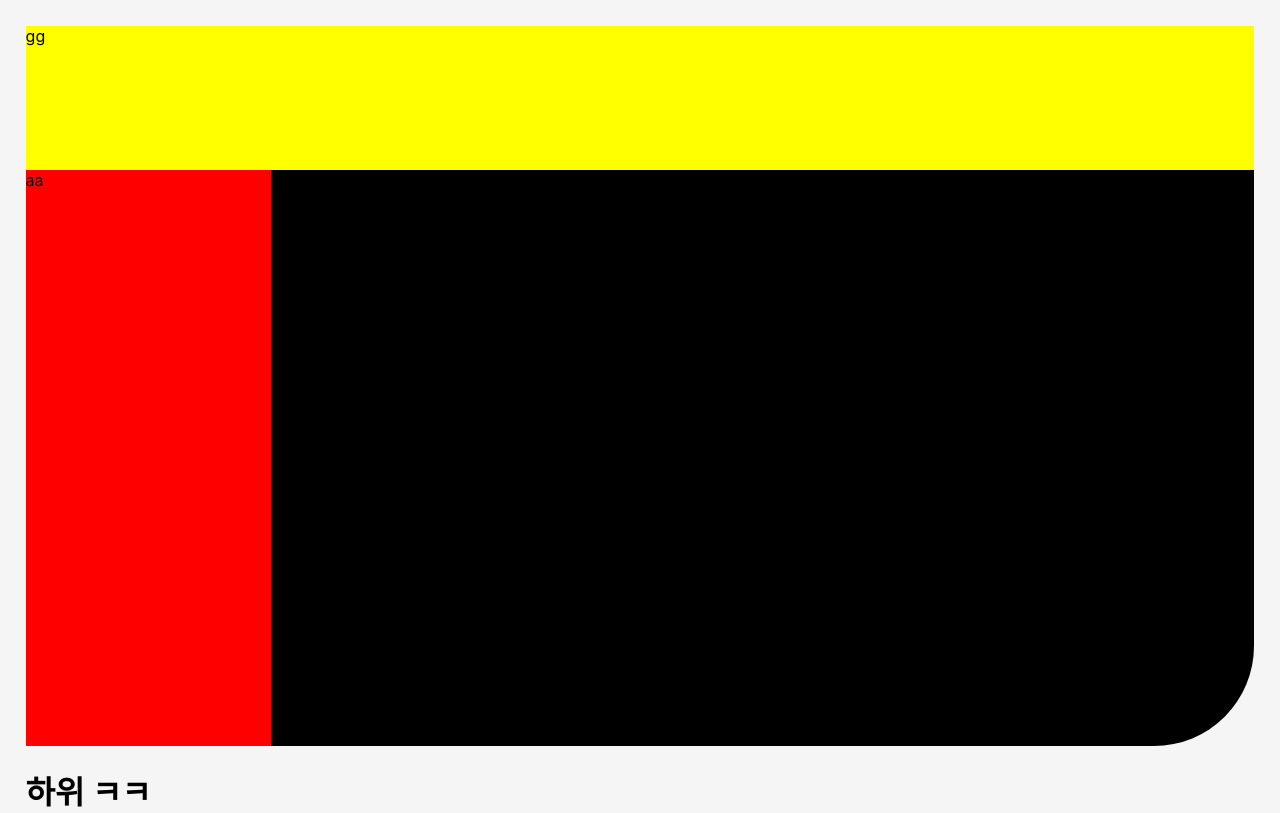
Repository: yangddoddi/community_react
Page: /
The author's editor kept a copy of each file at every save. The page is drawn from the files as they stood at one save, then again after the next save.
The browser window is 1280 px wide. The pictures show the whole page.
The page's requests for data from a server got no answer. The project was rebuilt for these pictures with package versions that can differ from the ones it lists, and the page was loaded fresh each time. No one was signed in, and anything a server would have sent is missing.

Above is the page before, as saved 2022-08-16 23:48:04.

### src/App.js
import React, { useState, useEffect } from "react";
import { BrowserRouter, Routes, Route } from "react-router-dom";
import { Posts } from "./pages/Posts";
import { Sidebar } from "./components/Sidebar";
import { Header } from "./components/Header";
import "./App.scss";

function App() {
  return (
    <BrowserRouter>
      <div className="container">
        <Header />
        <Sidebar />
        <Routes>
          <Route path="/" element={<Posts />} />
        </Routes>
      </div>
    </BrowserRouter>
  );
}

export default App;

### src/pages/Posts.js
import React, { useEffect, useState } from "react";
import { testAxios } from "../config/testAxios";
import axios from "axios";

export const Posts = () => {
  const [test, setTest] = useState("");
  const apiTest = (d) => {
    setTest(d);
  };

  useEffect(() => {
    testAxios("test", apiTest);
  });

  return (
    <div>
      <h1> 하위 ㅋㅋ </h1>
      <h2> {test} </h2>
    </div>
  );
};

### src/components/Sidebar.js
import styles from "./Sidebar.module.scss";

export const Sidebar = () => {
  return (
    <nav className={styles.sidebar}>
      <div>aa</div>
    </nav>
  );
};

### src/components/Header.js
import styles from "./Header.module.scss";

export const Header = () => {
  return (
    <header className={styles.header}>
      <div>gg</div>
    </header>
  );
};

### src/App.scss

html,body, #root {
    height: 100%;
}

#root {
    padding: 2%;
}

body {
    padding: auto;
    background-color: whitesmoke;
    width: 100%;
    height: 100%;
}

.container {
    border-radius: 100px;
    background-color: black;
    width: 100%;
    height: 100%;
    display: block;
}

### src/config/testAxios.js
import axios from "axios";

export const testAxios = (url, findIp) => {
  axios({
    url: "/" + url,
    method: "post",
    baseURL: "http://localhost:8080",
    withCredentials: true,
  }).then((res) => {
    findIp(res.data);
  });
};

### src/components/sidebar.module.scss

.sidebar {
    background-color: red;
    height: 80%;
    width: 20%;
}

### src/components/header.module.scss


.header {
    width: 100%;
    height: 20%;
    background-color: yellow;
}

Loaded but not shown: public/index.html (common file); src/index.js (common file); src/index.css (common file); src/reportWebVitals.js (common file)

After the next save:
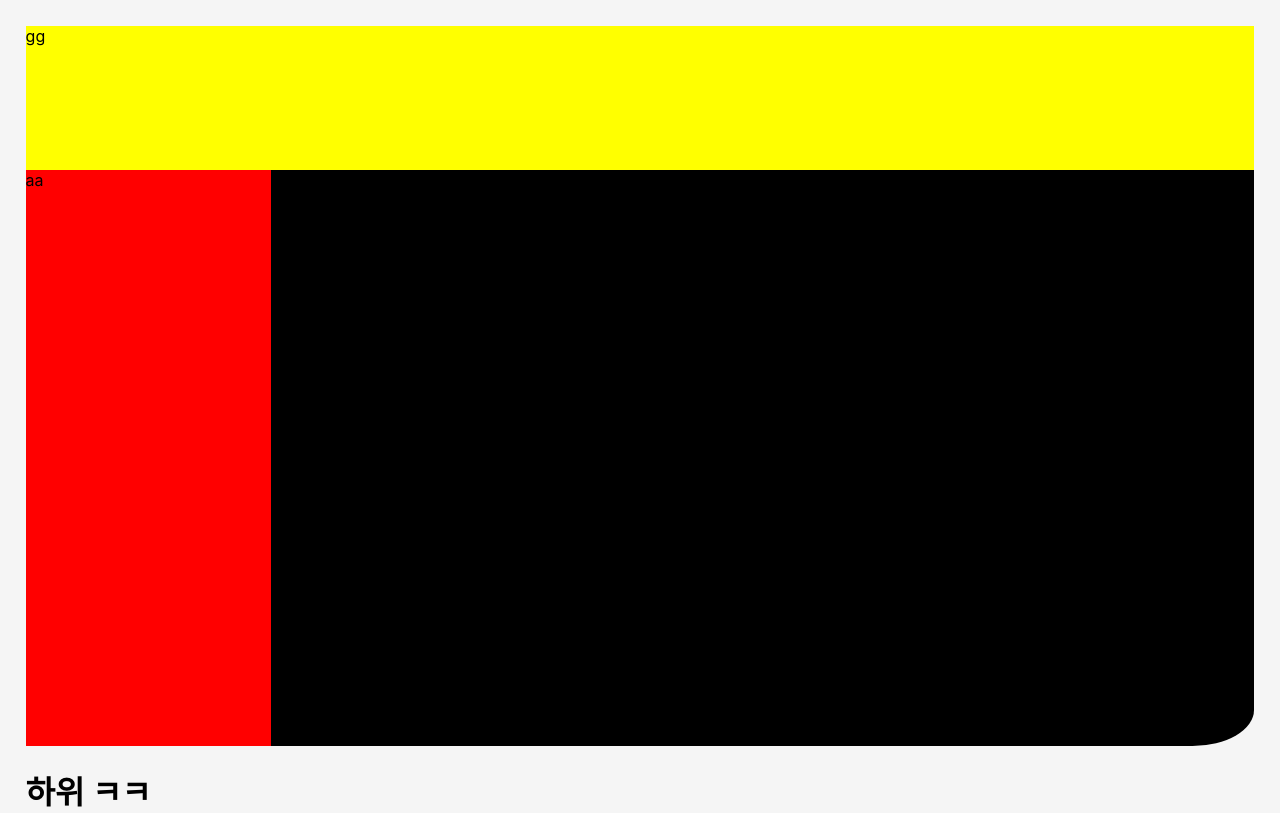
Saved 6 s later.
--- a/src/App.scss
+++ b/src/App.scss
@@ -15,7 +15,7 @@ body {
 }
 
 .container {
-    border-radius: 100px;
+    border-radius: 5%;
     background-color: black;
     width: 100%;
     height: 100%;
